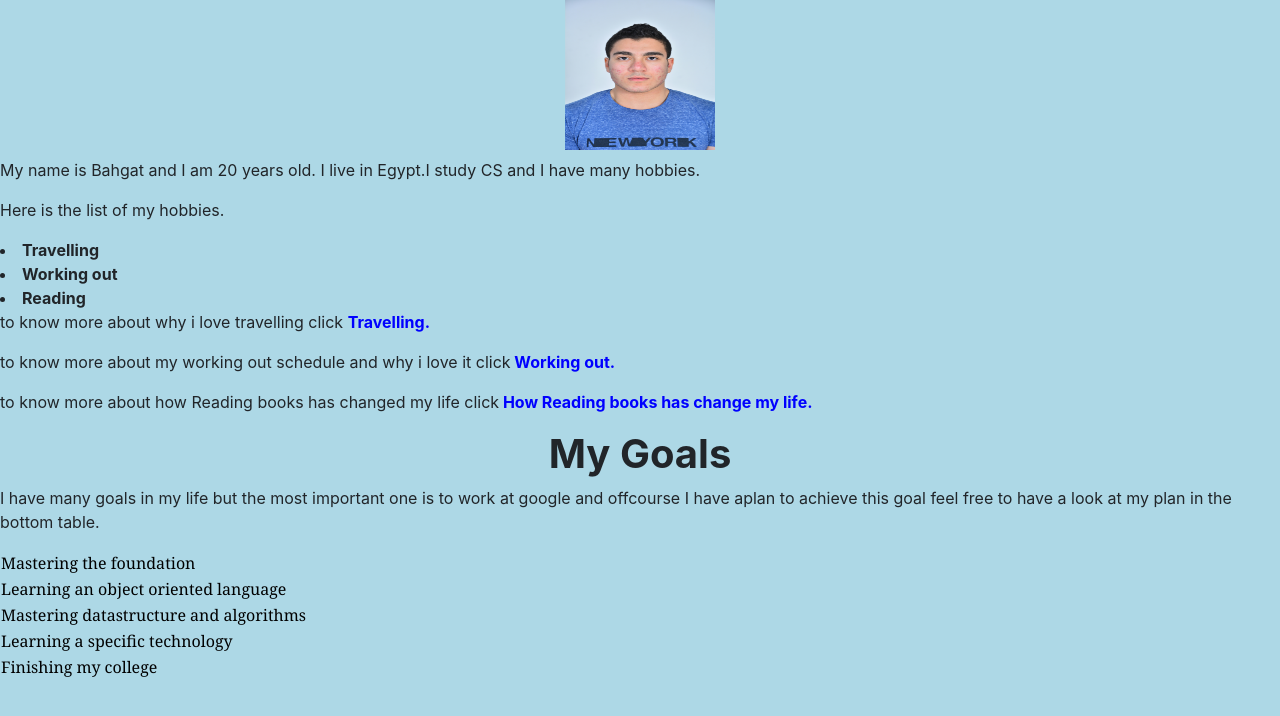
Repository: bahgaat/cs50
Page: environment/pset5/homepage/index.html
The author's editor kept a record of every edit. The page is drawn from the files as they stood at one moment, then again after the next edit.
The browser window is 1280 px wide. The pictures show the whole page.

Above is the page before.

After the next edit:
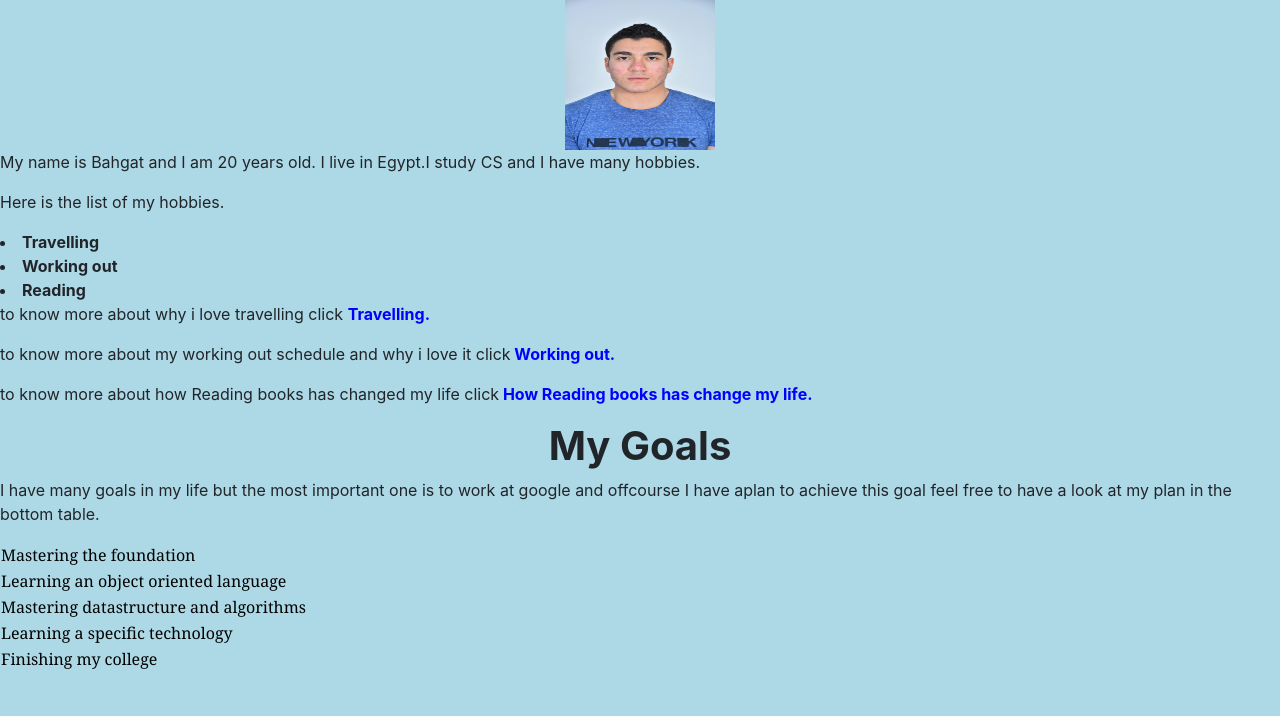
The edit:
--- a/environment/pset5/homepage/index.html
+++ b/environment/pset5/homepage/index.html
@@ -10,7 +10,7 @@
     <body>
 
 
- <div class="image"><h1><img src=" Bahgat.jpg" class="img-circle"width="150" height="150"/></h1></div>
+          <div class="image"><img src=" Bahgat.jpg" class="img-circle"width="150" height="150"></div>
           <p>
               My name is Bahgat and I am 20 years old. I live in Egypt.I study CS and I have many hobbies.
           </p>
